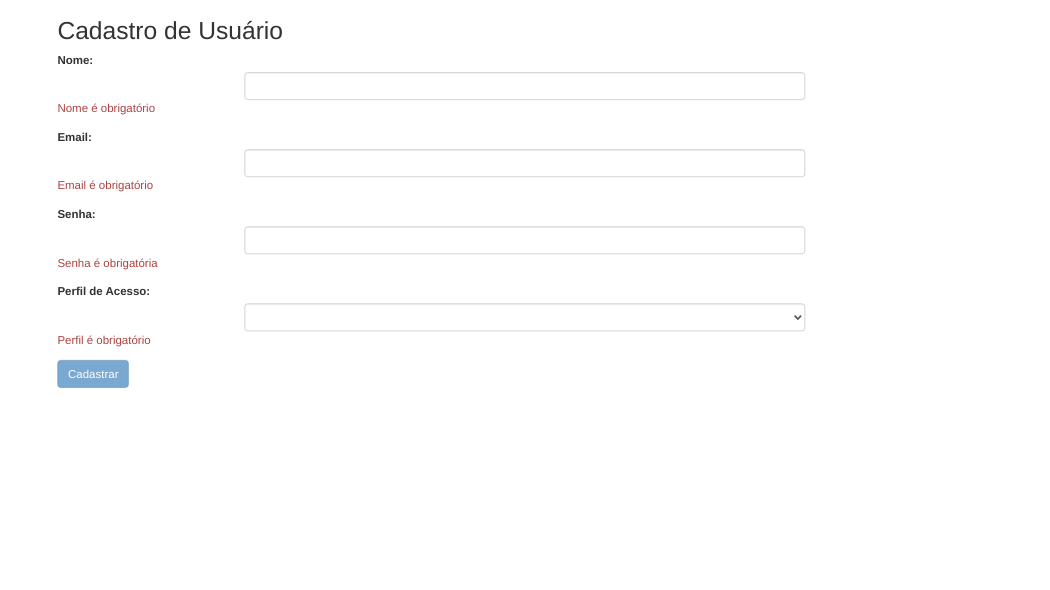
Repository: AndersonSchinemann/ProjetoSaas
Page: TopData/src/main/resources/static/views/cadastro.html
The author's editor kept a copy of each file at every save. The page is drawn from the files as they stood at one save, then again after the next save.
The browser window is 1280 px wide. The pictures show the whole page, at 82% of full size.

Above is the page before, as saved 2023-11-13 15:13:22.

After the next save:
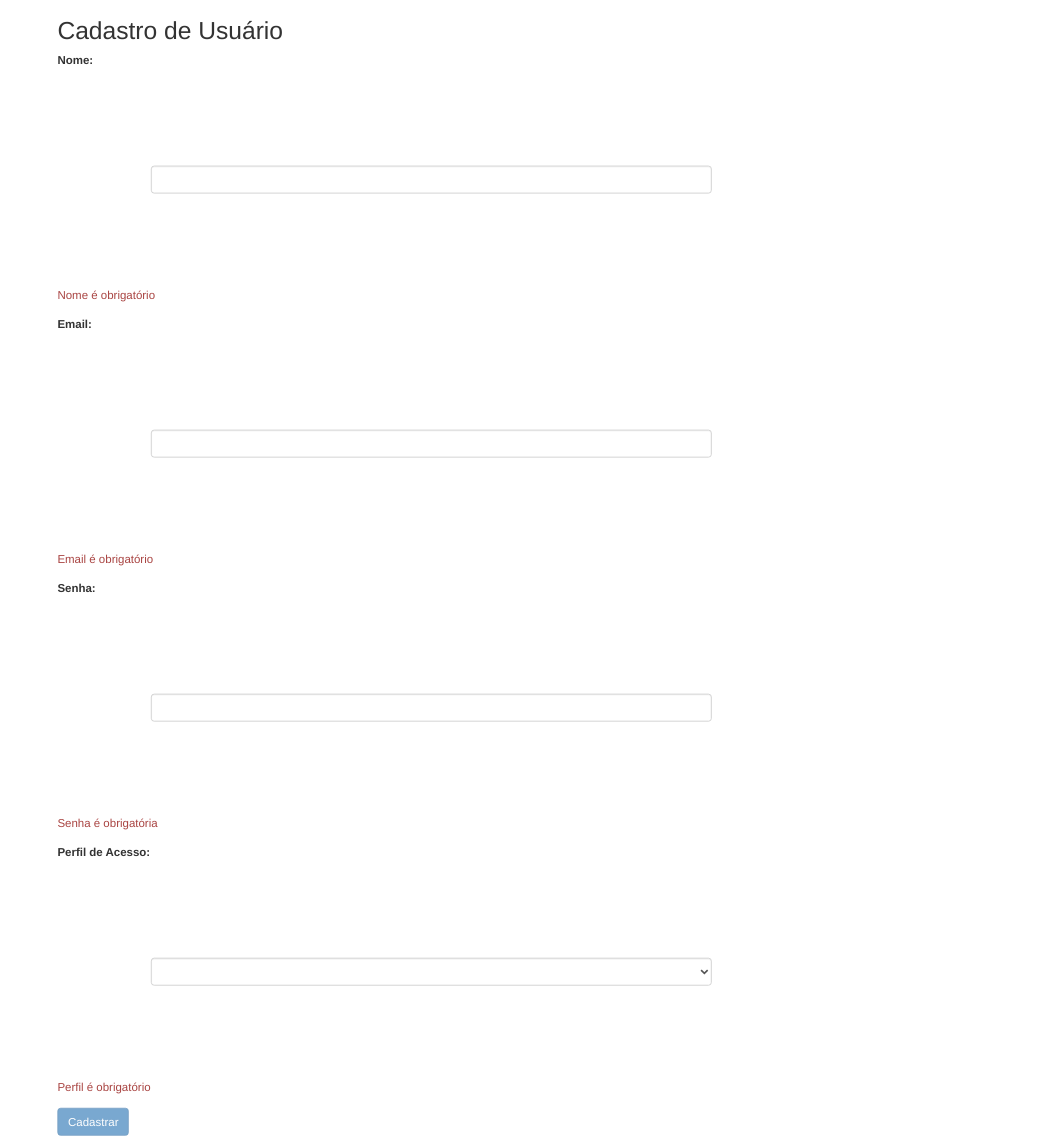
Saved 6 min 5 s later.
--- a/TopData/src/main/resources/static/views/cadastro.html
+++ b/TopData/src/main/resources/static/views/cadastro.html
@@ -9,7 +9,7 @@
   /* Adicione um estilo personalizado para ajustar a largura dos inputs */
   .custom-width-input {
     width: 60%; /* Largura desejada */
-    margin: auto; /* Para centralizar horizontalmente */
+    margin: 10%; /* Para centralizar horizontalmente */
   }
 </style>
 <!-- Seus scripts Angular -->

After the save that followed:
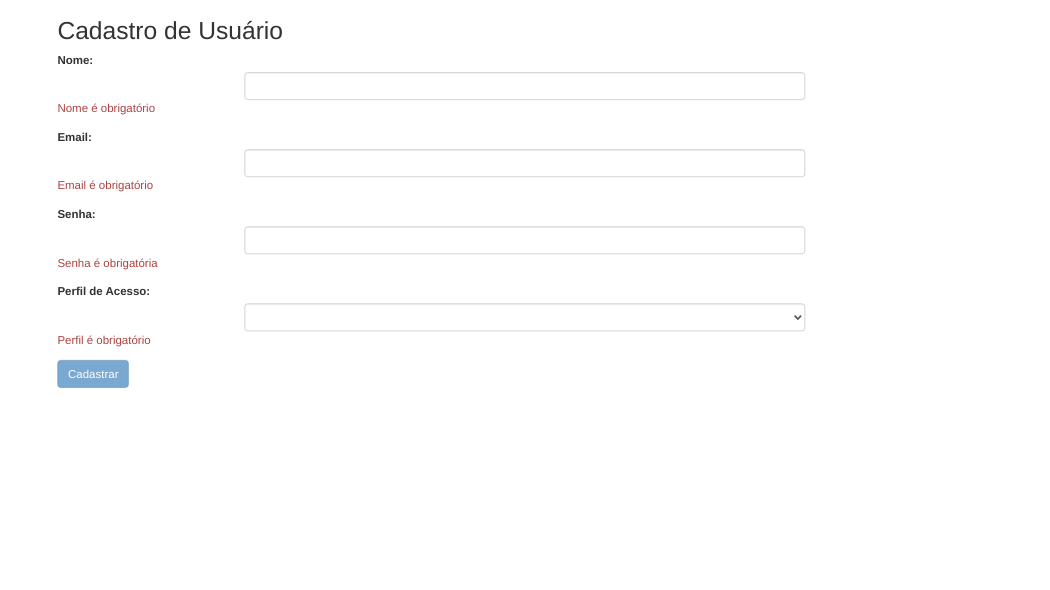
Saved 21 s later.
--- a/TopData/src/main/resources/static/views/cadastro.html
+++ b/TopData/src/main/resources/static/views/cadastro.html
@@ -9,7 +9,7 @@
   /* Adicione um estilo personalizado para ajustar a largura dos inputs */
   .custom-width-input {
     width: 60%; /* Largura desejada */
-    margin: 10%; /* Para centralizar horizontalmente */
+    margin: auto; /* Para centralizar horizontalmente */
   }
 </style>
 <!-- Seus scripts Angular -->
